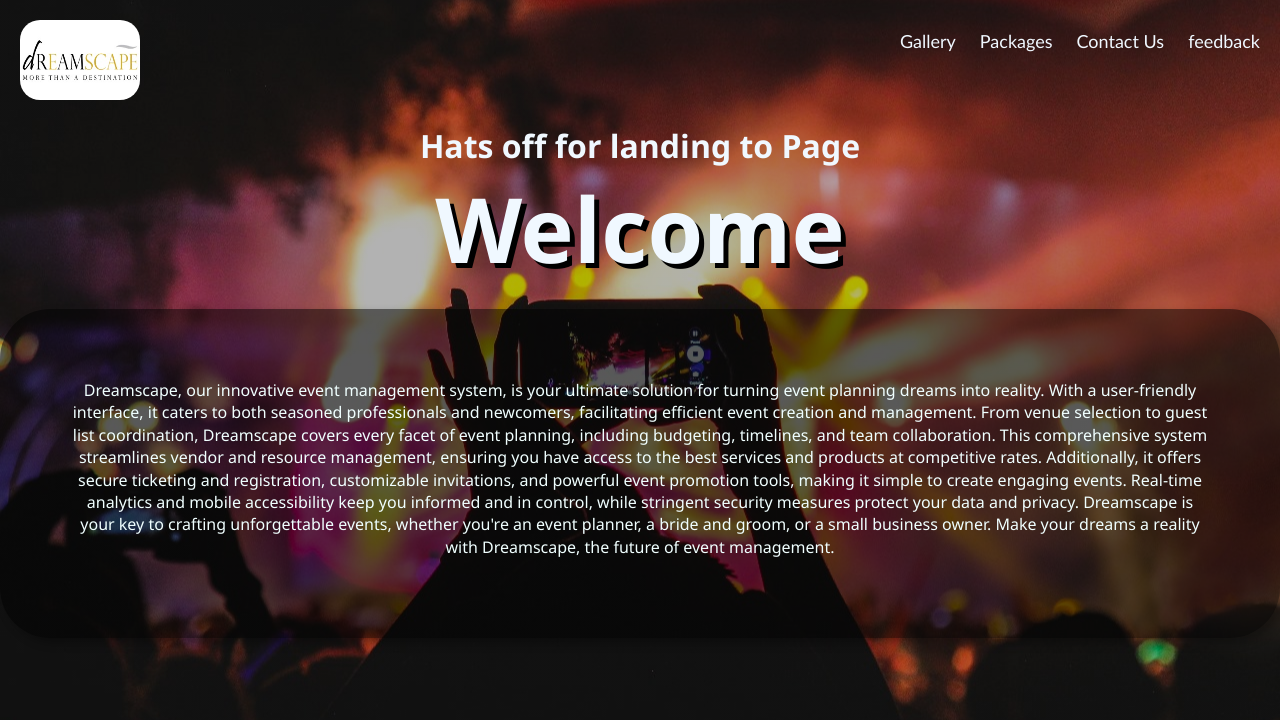
Repository: Dulankayapa/2ndyearoopprojrct
Page: http://localhost/feedback/home.jsp
These files come from the project's save history. The page is drawn as it stood at one moment and after the next save; the edit follows.
The browser window is 1280 px wide. The pictures show the whole page.
The page is served by Tomcat 9. Other server files are loaded and not shown.

Above is the page before, as saved 2023-10-23 13:02:20.

### feedback/src/main/webapp/home.jsp
<%@ page language="java" contentType="text/html; charset=ISO-8859-1"
	pageEncoding="ISO-8859-1"%>
<!DOCTYPE html>
<html>
<head>
<title>DreamScape</title>
<style>
* {
	margin: 0;
	padding: 0;
}

body {
	background-image: linear-gradient(rgba(0, 0, 0, 0.3), rgba(0, 0, 0, 0.3)),
		url("pexels-pixabay-206359.jpg");
	background-repeat: no-repeat;
	background-position: center;
	background-size: cover;
	background-attachment: fixed;
}

img {
	border-radius: 40px;
	width: 120px;
	height: 80px;
	margin: 0;
	padding: 20px;
}

h2 {
	font-family: 'Segoe UI', Tahoma, Geneva, Verdana, sans-serif;
	text-align: center;
	color: aliceblue;
	font-size: 32px;
	margin: 0% 0% 0% 0%;
	padding: 0%;
}

h1 {
	text-align: center;
	font-size: 90px;
	font-family: 'Segoe UI', Tahoma, Geneva, Verdana, sans-serif;
	color: aliceblue;
	text-shadow: 5px 5px black;
	margin: 0%;
	padding: 0%;
}

p {
	font-family: 'Segoe UI', Tahoma, Geneva, Verdana, sans-serif;
	text-align: center;
	color: azure;
	line-height: 1.4;
	margin: 50px 50px 60px 50px;
}

.showcase {
	justify-content: center;
	align-items: center;
	text-align: center;
}

.button {
	font-size: 18px;
	text-decoration: none;
	color: black;
	border: yellowgreen 2px solid;
	padding: 10px 20px;
	border-radius: 40px;
	margin-top: 5px;
}

.button:hover {
	background: green;
	color: aliceblue;
}

.nav-area {
	float: right;
	list-style: none;
	margin-top: 30px;
	padding-right: 10px;
}

.nav-area li {
	display: inline-block;
}

.nav-area li a {
	color: aliceblue;
	text-decoration: none;
	padding: 5px 10px;
	font-family: 'Trebuchet MS', 'Lucida Sans Unicode', 'Lucida Grande',
		'Lucida Sans', Arial, sans-serif;
	font-size: 18px;
	border-radius: 10px;
}

.nav-area li a:hover {
	background: aliceblue;
	color: blue;
}

.hometext {
	background-color: rgba(0, 0, 0, 0.5);
	color: white;
	padding: 20px;
	border-radius: 50px;
	box-shadow: 5px 5px 10px rgba(0, 0, 0, 0.3);
	text-align: justify;
	margin-top:20px;
}
</style>
</head>
<body>

	<img src="headerlogo.jpg" alt="logo" class="img">




	<ul class="nav-area">

		<li><a href="EventGallery.jsp">Gallery</a></li>
		<li><a href="www.google.com">Packages</a></li>
		<li><a href="www.google.com">Contact Us</a></li>
		<li><a href="fform.jsp">feedback</a></li>
	</ul>

	<h2>Hats off for landing to Page</h2>
	<h1>Welcome</h1>
	<div class="hometext">
		<p>Dreamscape, our innovative event management system, is your ultimate solution for turning event planning dreams into reality.
	 With a user-friendly interface, it caters to both seasoned professionals and newcomers, facilitating efficient event creation and management.
	From venue selection to guest list coordination, Dreamscape covers every facet of event planning,
	including budgeting, timelines, and team collaboration.
	 This comprehensive system streamlines vendor and resource management,
	  ensuring you have access to the best services and products at competitive rates.
	Additionally, it offers secure ticketing and registration, customizable invitations, and powerful event promotion tools, making it simple to create engaging events.
	 Real-time analytics and mobile accessibility keep you informed and in control,
	while stringent security measures protect your data and privacy. Dreamscape is your key to crafting unforgettable events, whether you're an event planner,
	a bride and groom, or a small business owner. Make your dreams a reality with Dreamscape, the future of event management. </p>

	</div>



</body>
</html>

After the next save:
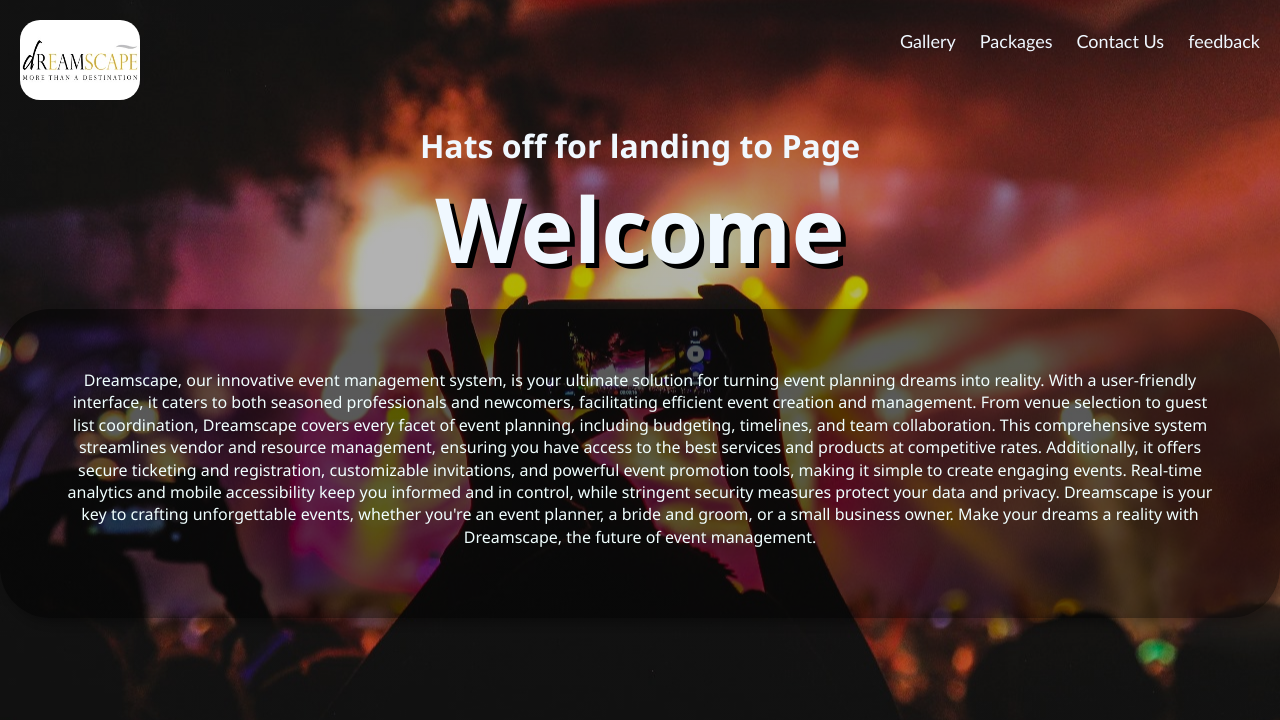
Saved 16 s later.
--- a/feedback/src/main/webapp/home.jsp
+++ b/feedback/src/main/webapp/home.jsp
@@ -104,7 +104,7 @@ p {
 .hometext {
 	background-color: rgba(0, 0, 0, 0.5);
 	color: white;
-	padding: 20px;
+	padding: 10px;
 	border-radius: 50px;
 	box-shadow: 5px 5px 10px rgba(0, 0, 0, 0.3);
 	text-align: justify;
